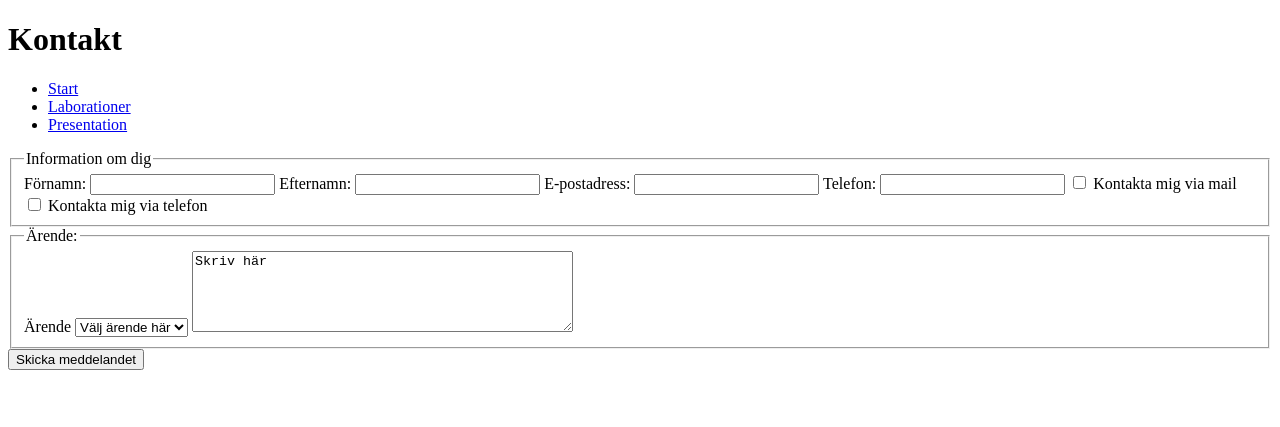
Repository: Martin-Carlsson85/HTML-och-CSS
Page: pages/kontakt.html
The author's editor kept a record of every edit. The page is drawn from the files as they stood at one moment, then again after the next edit.
The browser window is 1280 px wide. The pictures show the whole page.

Above is the page before.

### pages/kontakt.html
<!doctype html>
<html lang="sv">
    <head>
        <meta charset="utf-8" />

        <title>Kontakt</title>

    </head>
    <body>

        <h1>Kontakt</h1>

        <ul>
            <li><a href="../index.html">Start</a></li>

            <li><a href="laborationer.html">Laborationer</a></li>

            <li><a href="presentation.html">Presentation</a></li>
        </ul>

        <form id="form" name="form" method="post" action="http://voyager.lnu.se/tekinet/kurser/dtt/wp_webbintro/form.php">

            <fieldset>
                <legend>Information om dig</legend>

                Förnamn:
                <input type="text" name="fnamn" id="fnamn" />

                Efternamn:
                <input type="text" name="enamn" id="enamn" />

                E-postadress:
                <input type="text" name="epost" id="epost" />

                Telefon:
                <input type="text" name="telefon" id="telefon" />

                <input type="checkbox" name="kontakt" id="kontakt" value="kontakt"/>
                <label for="kontakt">Kontakta mig via mail</label>

                <input type="checkbox" name="telefon2" id="telefon2" value="telefon"/>
                <label for="telefon">Kontakta mig via telefon</label>

            </fieldset>


            <fieldset>

                <legend>Ärende:</legend>
                <label for="arende">Ärende</label>

                <select name="anrende2" id="arende">
                <option> Välj ärende här </option>
                <option value="var"> Synpunkter </option>
                <option value="var"> Frågor </option>
                </select>

                <textarea name="meddelande" id="meddelande" cols="45" rows="5" >Skriv här</textarea>

            </fieldset>

            <input type="submit" name="skicka" id="skicka" value="Skicka meddelandet" />

        </form>

    </body>

</html>

After the next edit:
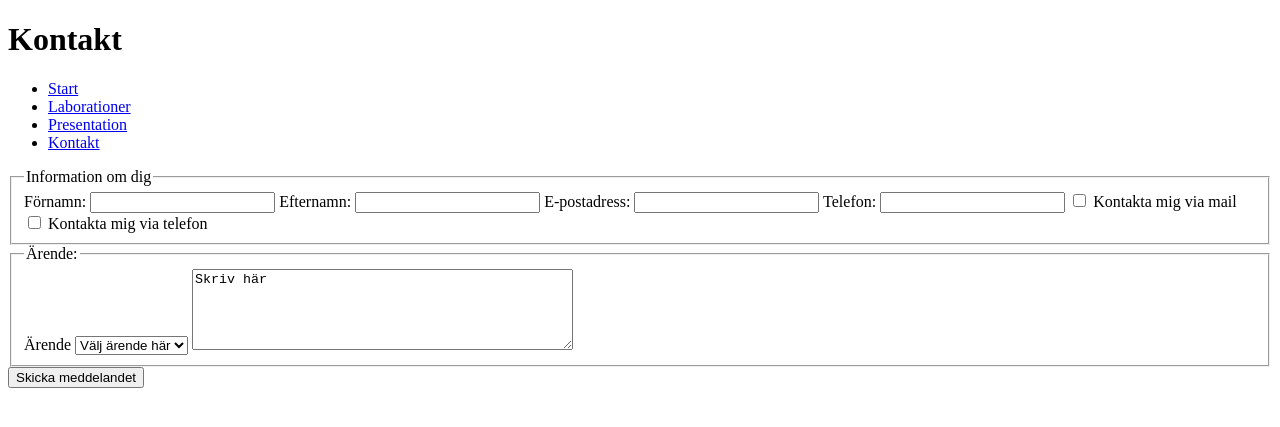
The edit:
--- a/pages/kontakt.html
+++ b/pages/kontakt.html
@@ -16,6 +16,8 @@
             <li><a href="laborationer.html">Laborationer</a></li>
 
             <li><a href="presentation.html">Presentation</a></li>
+
+            <li><a href="kontakt.html">Kontakt</a></li>
         </ul>
 
         <form id="form" name="form" method="post" action="http://voyager.lnu.se/tekinet/kurser/dtt/wp_webbintro/form.php">
